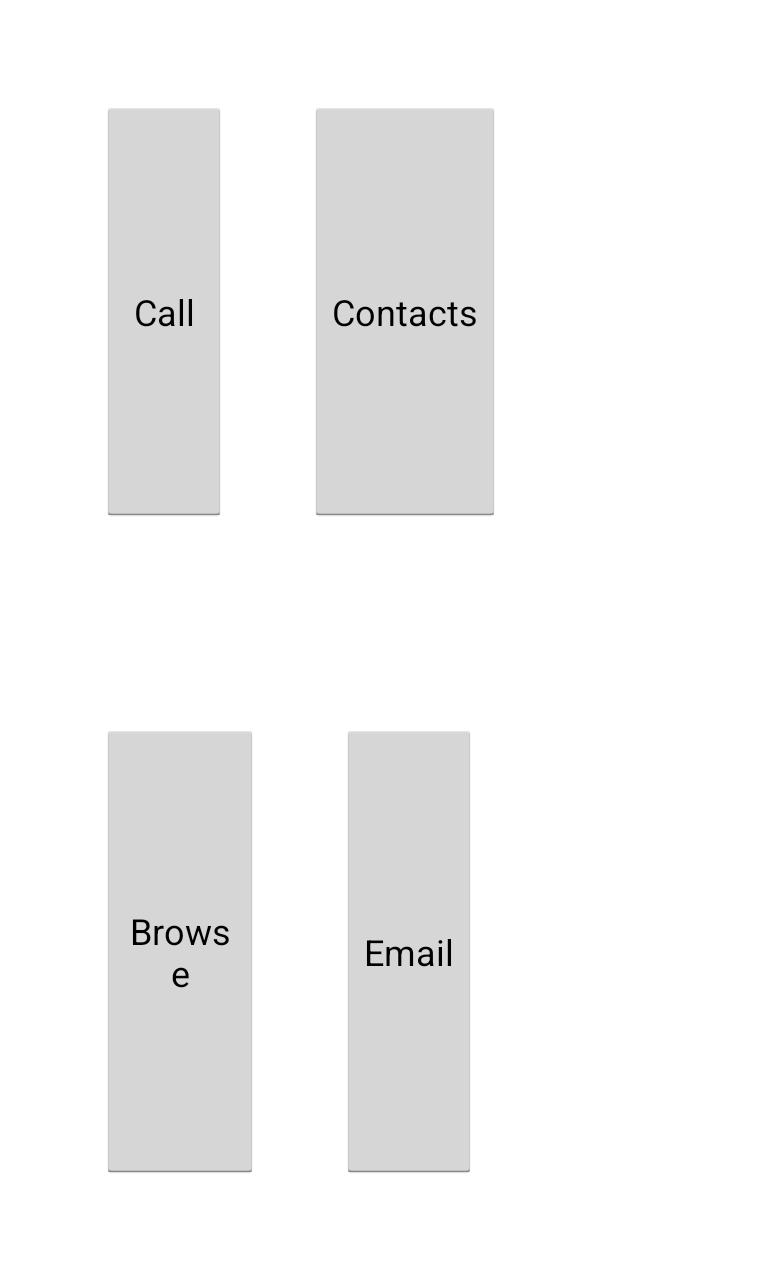
Repository: AnithaGorli/Android
Layout: ImplicitIntentApplication/res/layout/implicitintent.xml
The author's editor kept a copy of each file at every save. The layout is drawn from the files as they stood at one save, then again after the next save.
It is drawn on a 768 x 1280 px phone screen (xhdpi) without system bars, with theme AppTheme; the app's code is not run.

Above is the layout before, as saved 2014-09-10 10:11:13.

After the next save:
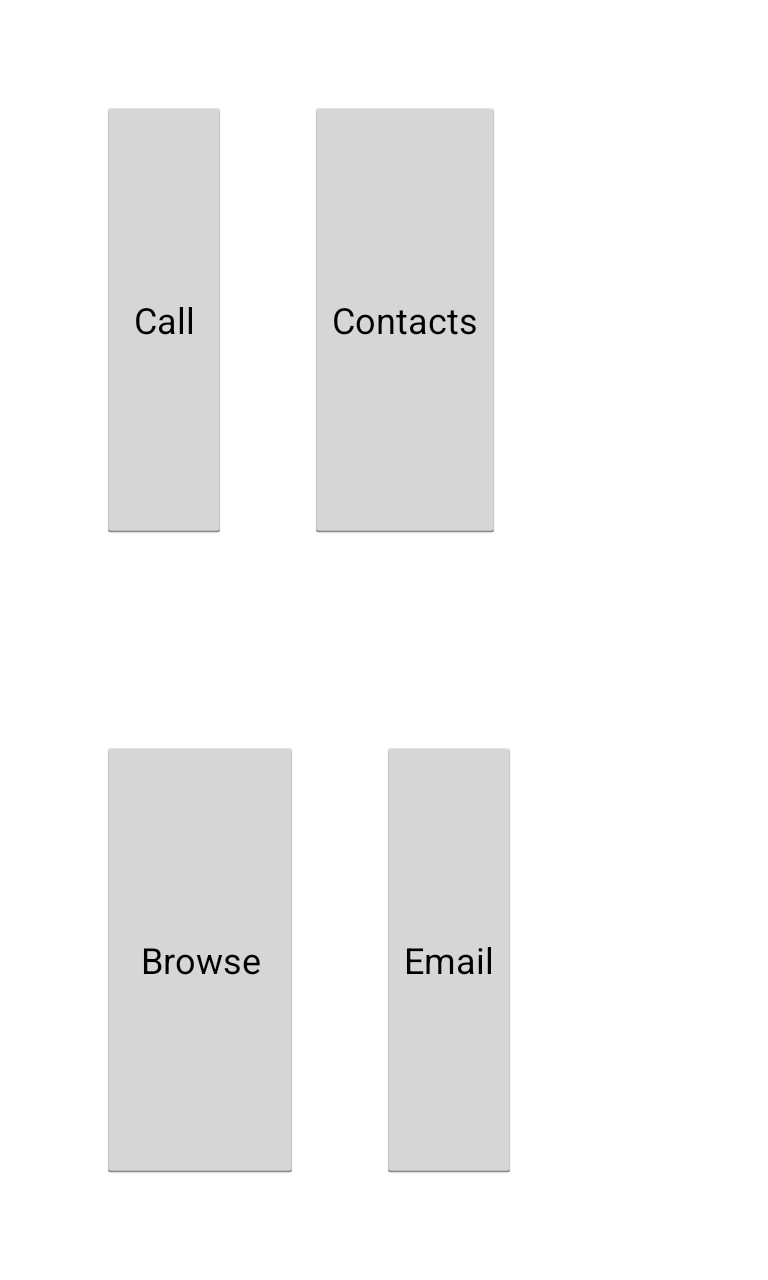
Saved 8 s later.
--- a/ImplicitIntentApplication/res/layout/implicitintent.xml
+++ b/ImplicitIntentApplication/res/layout/implicitintent.xml
@@ -44,7 +44,7 @@
 
     <Button
          android:id="@+id/browse_btn"
-         android:layout_width="80dp"
+         android:layout_width="100dp"
         android:layout_height="match_parent"
         android:text="@string/browse"
         android:layout_margin="20dp"/>
